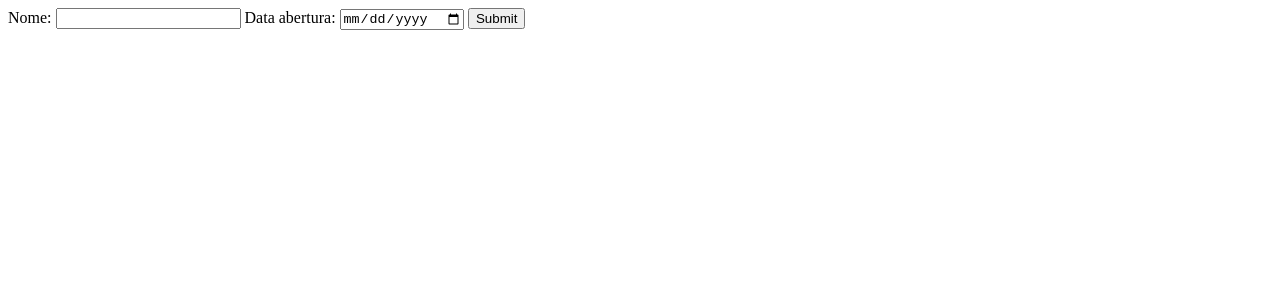
Repository: carolruo/alura-formacao-backend
Page: http://localhost/gerenciador/formNovaEmpresa.jsp
The author's editor kept a copy of each file at every save. The page is drawn from the files as they stood at one save, then again after the next save.
The browser window is 1280 px wide. The pictures show the whole page.
The page is served by Tomcat 9. Other server files are loaded and not shown.

Above is the page before, as saved 2022-04-29 19:21:23.

### java-servlets/gerenciador/WebContent/formNovaEmpresa.jsp
<%@ taglib uri="http://java.sun.com/jsp/jstl/core" prefix="c"%>
<c:url value="/novaEmpresa" var="link"/>
<!DOCTYPE html>
<html>
<head>
<meta charset="ISO-8859-1">
<title>Insert title here</title>
</head>
<body>
	<form action="${link}" method="post">
		Nome: <input type="text" name="nome"/>
		Data abertura: <input type="date" name="data"/>
		<input type="submit"/>
	</form>
</body>
</html>

After the next save:
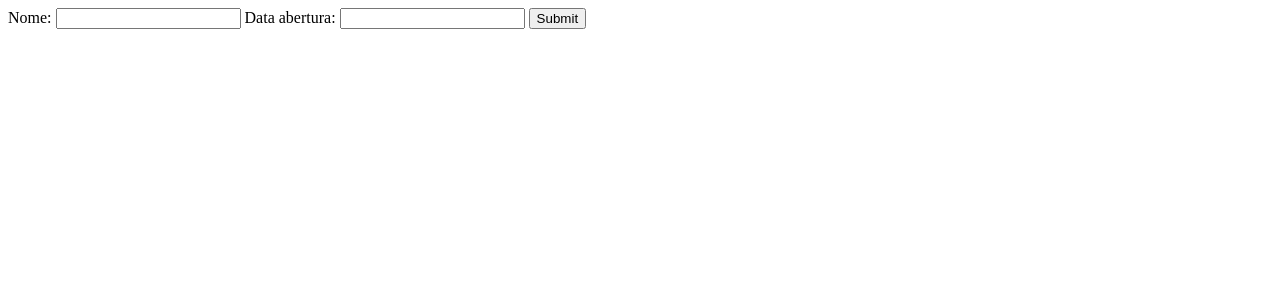
Saved 4 min 4 s later.
--- a/java-servlets/gerenciador/WebContent/formNovaEmpresa.jsp
+++ b/java-servlets/gerenciador/WebContent/formNovaEmpresa.jsp
@@ -9,7 +9,7 @@
 <body>
 	<form action="${link}" method="post">
 		Nome: <input type="text" name="nome"/>
-		Data abertura: <input type="date" name="data"/>
+		Data abertura: <input type="text" name="data"/>
 		<input type="submit"/>
 	</form>
 </body>
